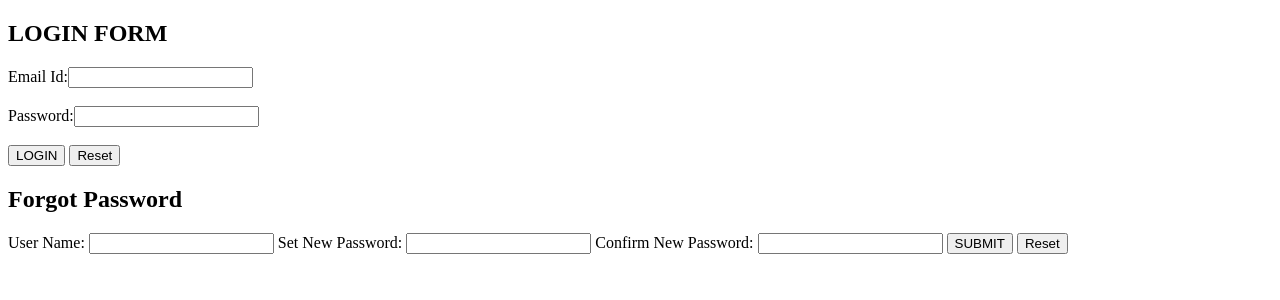
Repository: EU1182053/test
Page: http://localhost/MiniProject/login.jsp
The author's editor kept a copy of each file at every save. The page is drawn from the files as they stood at one save, then again after the next save.
The browser window is 1280 px wide. The pictures show the whole page.
The page is served by Tomcat 9.

Above is the page before, as saved 2022-09-14 07:56:44.

After the next save:
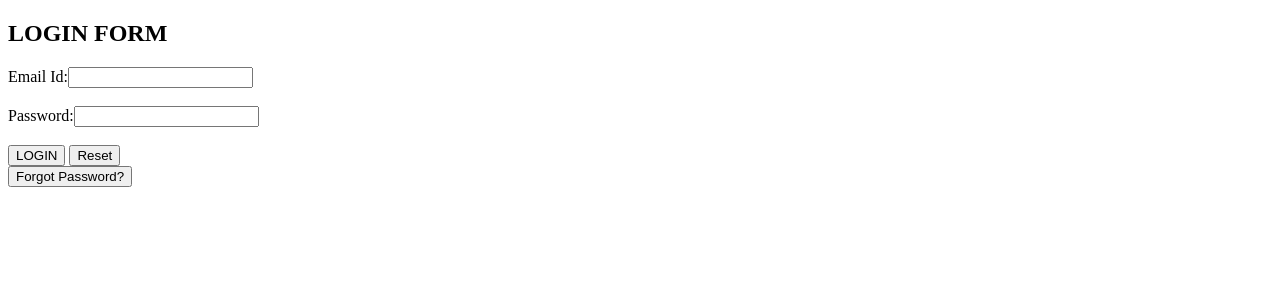
Saved 2 min 53 s later.
--- a/MiniProject/src/main/webapp/login.jsp
+++ b/MiniProject/src/main/webapp/login.jsp
@@ -17,19 +17,7 @@
 			type="hidden" name="act" value="loginAction">
 	</form>
 
-	<h2>Forgot Password</h2>
-	<form action="UserServlet">
-		<label for="username">User Name: </label> <input type="text"
-			name="username" required> <label for="pass">Set New
-			Password: </label> <input type="text" name="pass" id="pass"
-			pattern="(?=.*?[A-Z])(?=.*?[a-z])(?=.*?[0-9])(?=.*?[#?!@$%^&*-]).{8,}">
-
-		<label for="confirmpass">Confirm New Password: </label> <input
-			type="password" id="confirmpass" required> <input
-			type="submit" value="SUBMIT"> <input type="reset"> <input
-			type="hidden" name="act" value="forgotPassword">
-
-	</form>
+	<button onclick="forgotPassword.jsp">Forgot Password?</button>
 
 	<%
 	String msg = request.getParameter("msg");
